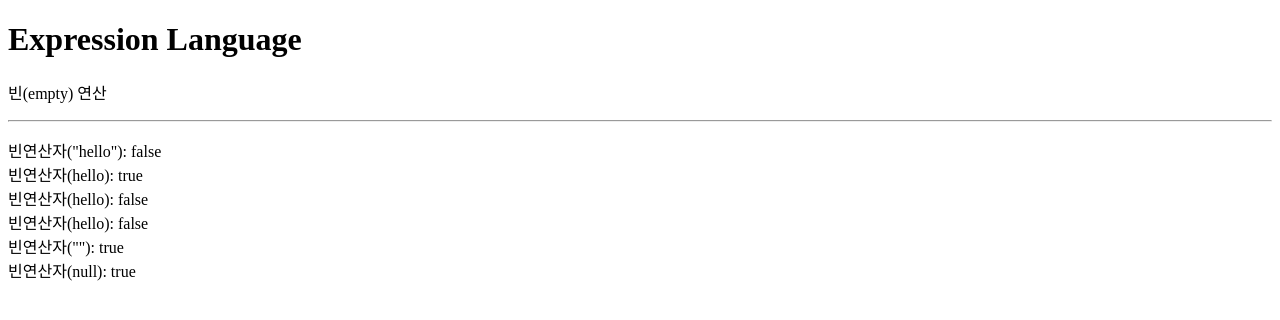
Repository: jsb5589/JAVAStudy
Page: http://localhost/JSP04/elTest5.jsp
These files come from the project's save history. The page is drawn as it stood at one moment and after the next save; the edit follows.
The browser window is 1280 px wide. The pictures show the whole page.
The page is served by Tomcat 9. The template is opened directly, without the code that normally fills it, so the values that code supplies are empty.

Above is the page before, as saved 2021-08-12 06:39:49.

After the next save:
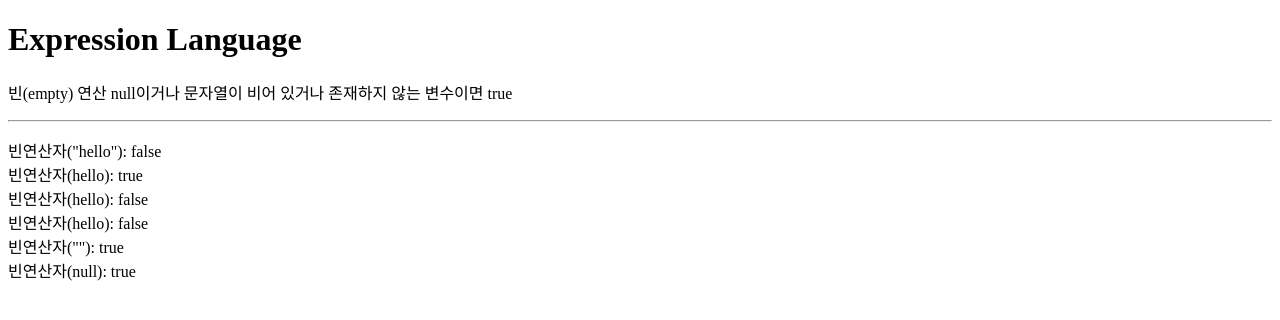
Saved 32 s later.
--- a/EZWebs/JSP04/src/main/webapp/elTest5.jsp
+++ b/EZWebs/JSP04/src/main/webapp/elTest5.jsp
@@ -8,7 +8,7 @@
 </head>
 <body>
 	<h1>Expression Language</h1>
-	<p>빈(empty) 연산</p>
+	<p>빈(empty) 연산 null이거나 문자열이 비어 있거나 존재하지 않는 변수이면 true</p>
 	<hr>
 	<p>
 		빈연산자("hello"): ${empty "hello"} <br>
